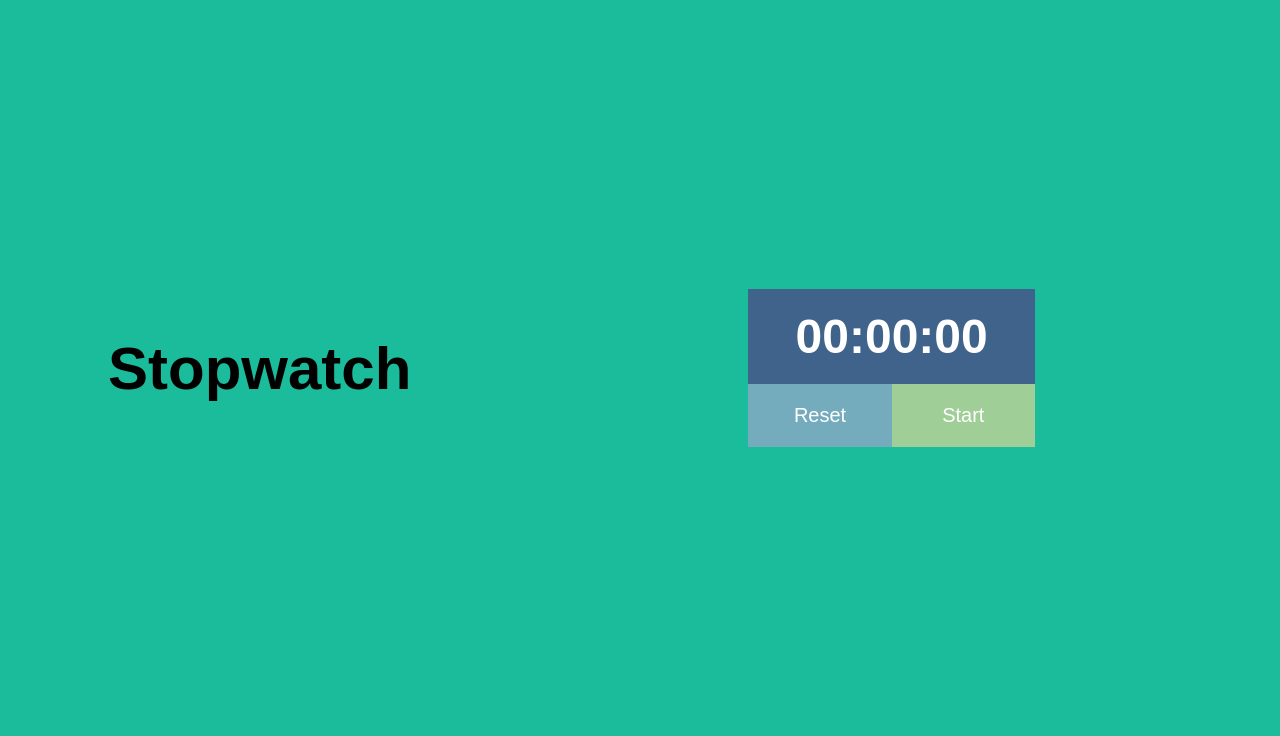
Repository: pilar122/stopwatch
Page: index.html
An editor plug-in stored every save of this project. The page is shown before and after the next save, followed by the edit.
The browser window is 1280 px wide. The pictures show the whole page.

Above is the page before, as saved 2022-06-19 12:54:04.

### index.html
<!DOCTYPE html>
<html>
    <head>
        <title>
            Stopwatch
        </title>
        <link href="stopwatch.css" rel="stylesheet">
        <script src="stopwatch.js"></script>
    </head>

    <div class="header">
        <h1>Stopwatch</h1>
    </div>

    <body>

        <div id="stopwatch">
            <!--CURRENT TIME-->
            <div id="sw-time">00:00:00</div> <!-- sw is the time display-->

            <!--CONTROLS-->
            <input type="button" value="Reset" id="sw-rst" disabled/> <!--sw-rst is the reset button * and the disabled means that the buttons are at the moment-->
            <input type="button" value="Start" id="sw-go" disabled/> <!--sw-go is the start & stop button-->
        </div>
    </body>
</html>

### stopwatch.css
/* (A) CONTAINER */
#stopwatch {
    display: flex;
    flex-wrap: wrap;
    max-width: 400px;
    margin: 0 auto;
  }

  /* (B) TIME */
  #sw-time {
    width: 100%;
    padding: 20px 0;
    font-size: 48px;
    font-weight: bold;
    text-align: center;
    background: rgb(63, 99, 139);
    color: #fff;
  }

  /* (C) BUTTONS */
  #sw-rst, #sw-go {
    box-sizing: border-box;
    width: 50%;
    cursor: pointer;
    padding: 20px 0;
    border: 0;
    color: #fff;
    font-size: 20px;
  }
  #sw-rst { background-color: #75acbd; }
  #sw-go { background-color: #9fce97; }

  /* (X) DOES NOT MATTER */
  /* PAGE & BODY */
  body {
    display: flex;
    align-items: center; justify-content: center;
    min-height: 100vh;
    background: #1abc9c;
    background-repeat: no-repeat;
    background-position: center;
    background-size: cover;
  }
  * { font-family: arial, sans-serif; }

  /* WIDGET */
  .widget-wrap {
    min-width: 450px;
    padding: 30px;
    border-radius: 20px;
    background: rgba(255, 255, 255, 0.4);
  }

  .header {
    padding: 100px;
    text-align: center;
    font-size: 30px;
  }

  /* HEADER */
  h1 { text-align: center; }
  #code-boxx {
    width: 100%;
    margin-top: 30px;
    text-align: center;
  }

  /* FOOTER */
  #code-boxx {
    font-weight: 600;
    margin-top: 30px;
  }
  #code-boxx a {
    display: inline-block;
    padding: 5px;
    text-decoration: none;
    background: #d3adad;
    color: #fff;
  }

### stopwatch.js
var sw = {
    // (A) PROPERTIES
    etime : null, // html time display
    erst : null, // html reset button
    ego : null, // html start/stop button
    timer : null, // timer object
    now : 0, // current elapsed time

    // (B) INITIALIZE
    init : () => {
      // (B1) GET HTML ELEMENTS
      sw.etime = document.getElementById("sw-time");
      sw.erst = document.getElementById("sw-rst");
      sw.ego = document.getElementById("sw-go");

      // (B2) ENABLE BUTTON CONTROLS
      sw.erst.onclick = sw.reset;
      sw.ego.onclick = sw.start;
      sw.erst.disabled = false;
      sw.ego.disabled = false;
    },

    // (C) START!
    start : () => {
      sw.timer = setInterval(sw.tick, 1000);
      sw.ego.value = "Stop";
      sw.ego.onclick = sw.stop;
    },

    // (D) STOP
    stop : () => {
      clearInterval(sw.timer);
      sw.timer = null;
      sw.ego.value = "Start";
      sw.ego.onclick = sw.start;
    },

    // (E) TIMER ACTION
    tick : () => {
      // (E1) CALCULATE HOURS, MINS, SECONDS
      sw.now++;
      let hours = 0, mins = 0, secs = 0,
      remain = sw.now;
      hours = Math.floor(remain / 3600);
      remain -= hours * 3600;
      mins = Math.floor(remain / 60);
      remain -= mins * 60;
      secs = remain;

      // (E2) UPDATE THE DISPLAY TIMER
      if (hours<10) { hours = "0" + hours; }
      if (mins<10) { mins = "0" + mins; }
      if (secs<10) { secs = "0" + secs; }
      sw.etime.innerHTML = hours + ":" + mins + ":" + secs;
    },

    // (F) RESET
    reset : () => {
      if (sw.timer != null) { sw.stop(); }
      sw.now = -1;
      sw.tick();
    }
  };
  window.addEventListener("load", sw.init);

After the next save:
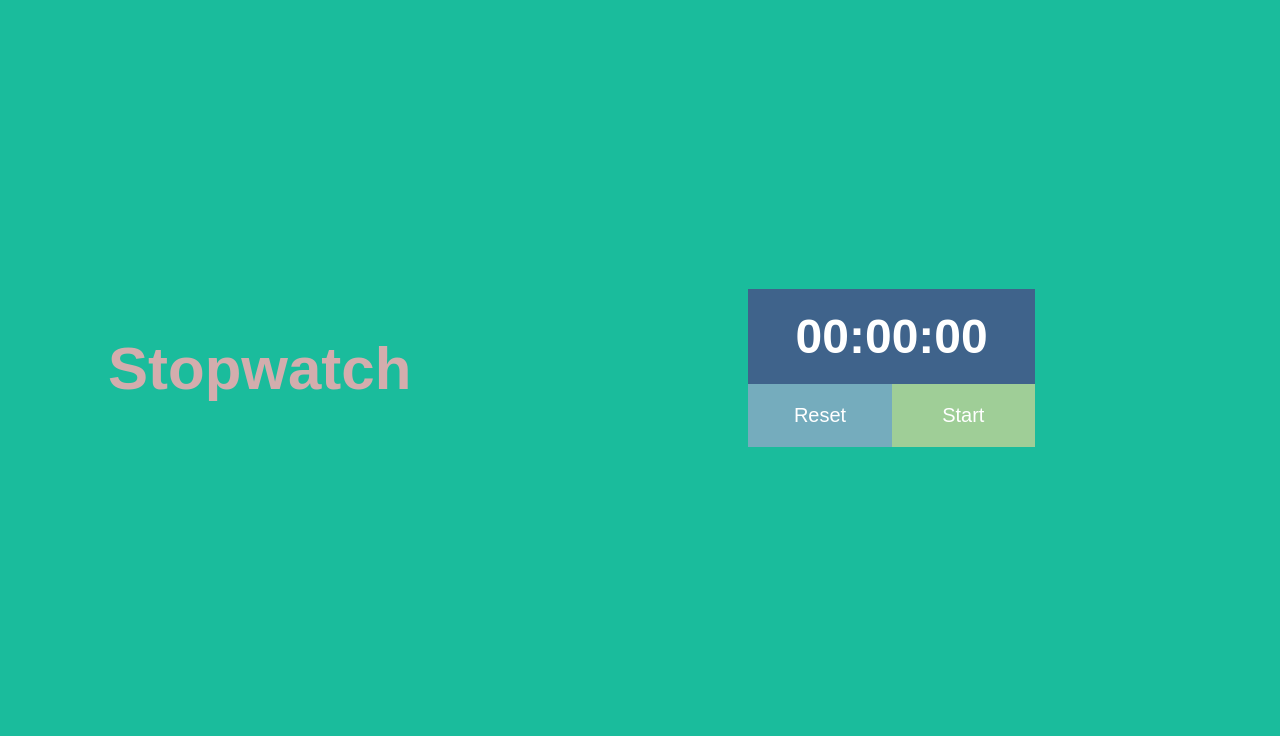
Saved 51 s later.
--- a/stopwatch.css
+++ b/stopwatch.css
@@ -54,6 +54,7 @@
   .header {
     padding: 100px;
     text-align: center;
+    color: #d3adad;
     font-size: 30px;
   }
 
